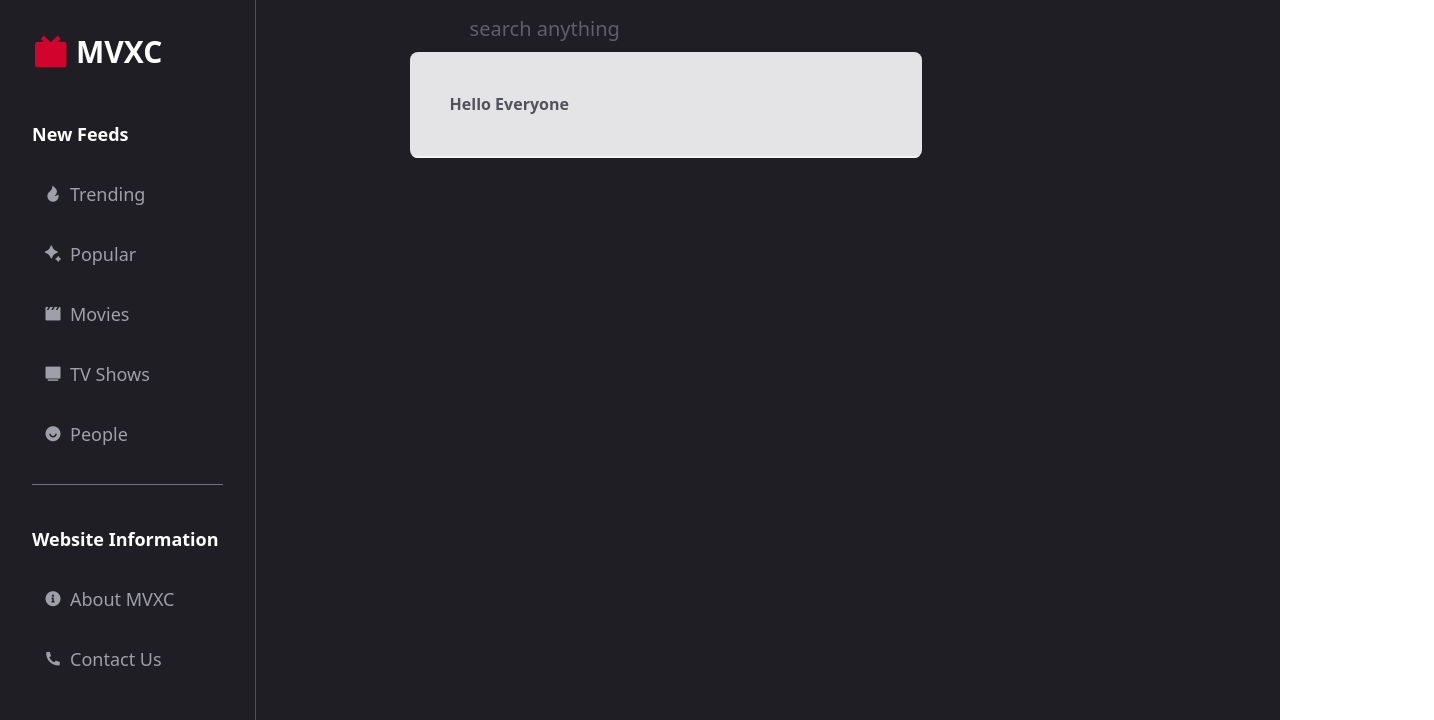
Repository: Csiddharth7906/MovieAppUpdatedVersion
Page: / (app in MVXC-MovieWebApplication/)
The author's editor kept a copy of each file at every save. The page is drawn from the files as they stood at one save, then again after the next save.
The browser window is 1280 px wide. The page is 1434 px wide, so the pictures cover 1434 px, including what lies to the right of the window. The pictures show the whole page.
Some web libraries are served in a nearby version. The project was rebuilt for these pictures with package versions that can differ from the ones it lists, and the page was loaded fresh each time. Also part of the build but not shown: MVXC-MovieWebApplication/vite.config.js.

Above is the page before, as saved 2025-06-17 10:28:55.

After the next save:
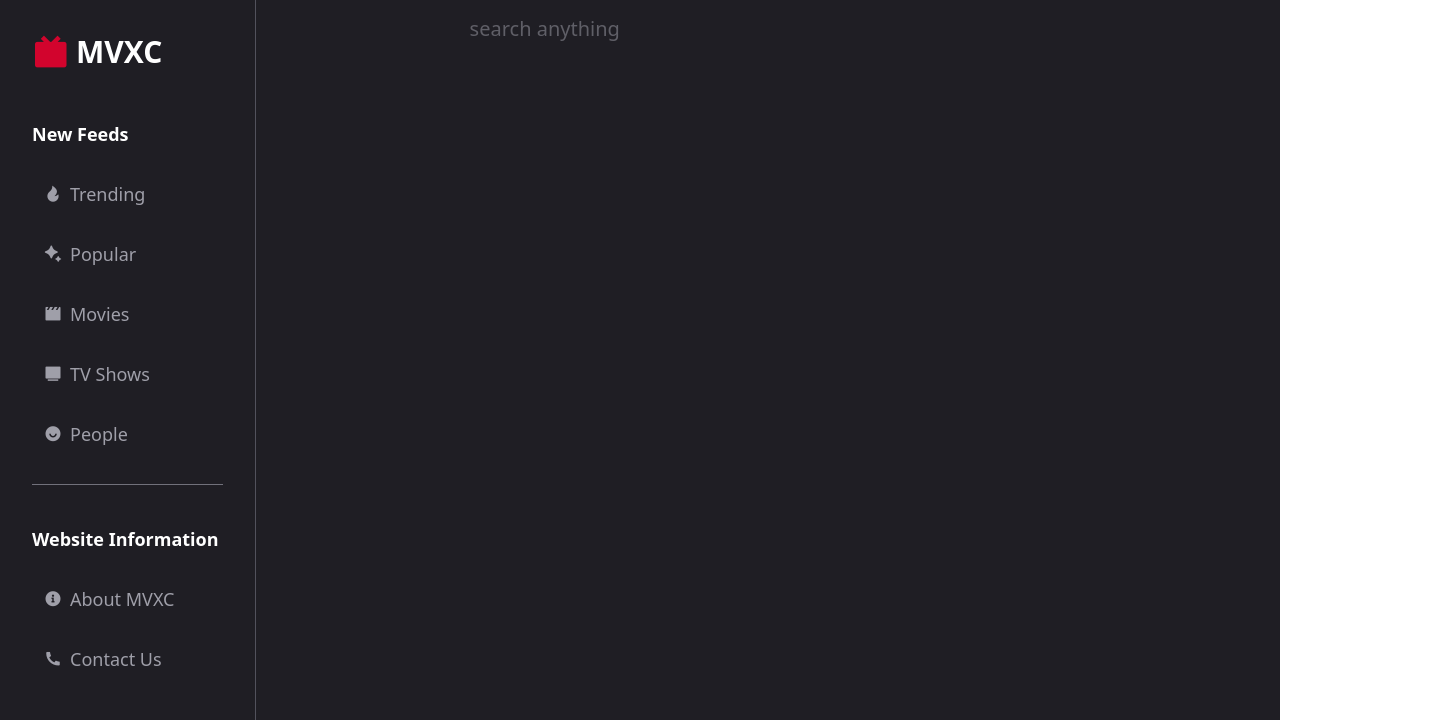
Saved 39 s later.
--- a/MVXC-MovieWebApplication/src/templates/Topnav.jsx
+++ b/MVXC-MovieWebApplication/src/templates/Topnav.jsx
@@ -20,10 +20,10 @@ const Topnav = () => {
       )}
 
       <div className="w-[50%] max-h-[50vh] bg-zinc-200 absolute top-[90%] overflow-auto rounded-lg">
-        <Link className="w-[100%] font-semibold hover:text-black hover:bg-zinc-300 duration-300 text-zinc-600  p-10 flex justify-start items-center border-b-2 border-zinc-100">
+        {/* <Link className="w-[100%] font-semibold hover:text-black hover:bg-zinc-300 duration-300 text-zinc-600  p-10 flex justify-start items-center border-b-2 border-zinc-100">
           <img src="" className="" alt="" />
           <span>Hello Everyone</span>
-        </Link>
+        </Link> */}
       </div>
     </div>
   );
